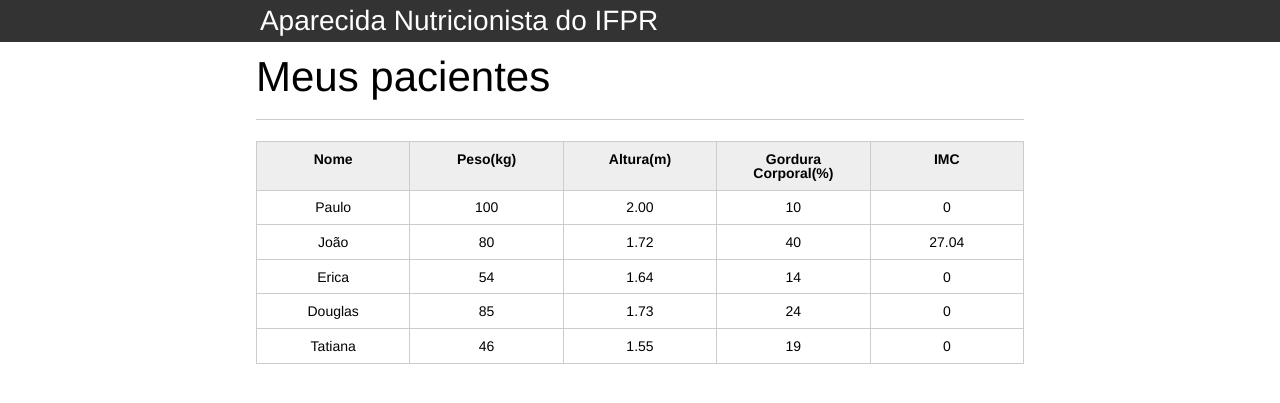
Repository: prof-fernando-alves/introducao-javascript
Page: index.html
These files come from the project's save history. The page is drawn as it stood at one moment and after the next save; the edit follows.
The browser window is 1280 px wide. The pictures show the whole page.

Above is the page before, as saved 2021-08-24 15:40:39.

### index.html
<!DOCTYPE html>
<html lang="pt-br">
	<head>
		<meta charset="UTF-8">
		<title>Aparecida Nutrição</title>
		<link rel="icon" href="favicon.ico" type="image/x-icon">
		<link rel="stylesheet" type="text/css" href="css/reset.css">
		<link rel="stylesheet" type="text/css" href="css/index.css">

	</head>
	<body>

		<header>
			<div class="container">
				<h1 class="titulo">Aparecida Nutrição</h1>
			</div>
		</header>
		<main>
			<section class="container">
				<h2>Meus pacientes</h2>
				<table>
					<thead>
						<tr>
							<th>Nome</th>
							<th>Peso(kg)</th>
							<th>Altura(m)</th>
							<th>Gordura Corporal(%)</th>
							<th>IMC</th>
						</tr>
					</thead>
					<tbody id="tabela-pacientes">
						<tr class="paciente" id="primeiro-paciente">
							<td class="info-nome">Paulo</td>
							<td class="info-peso">100</td>
							<td class="info-altura">2.00</td>
							<td class="info-gordura">10</td>
							<td class="info-imc">0</td>
						</tr>

						<tr class="paciente" id="segundo-paciente" >
							<td class="info-nome">João</td>
							<td class="info-peso">80</td>
							<td class="info-altura">1.72</td>
							<td class="info-gordura">40</td>
							<td class="info-imc">0</td>
						</tr>

						<tr class="paciente" >
							<td class="info-nome">Erica</td>
							<td class="info-peso">54</td>
							<td class="info-altura">1.64</td>
							<td class="info-gordura">14</td>
							<td class="info-imc">0</td>
						</tr>

						<tr class="paciente">
							<td class="info-nome">Douglas</td>
							<td class="info-peso">85</td>
							<td class="info-altura">1.73</td>
							<td class="info-gordura">24</td>
							<td class="info-imc">0</td>
						</tr>
						<tr class="paciente" >
							<td class="info-nome">Tatiana</td>
							<td class="info-peso">46</td>
							<td class="info-altura">1.55</td>
							<td class="info-gordura">19</td>
							<td class="info-imc">0</td>
						</tr>
					</tbody>
				</table>

			</section>
		</main>
		<script>
			var titulo = document.querySelector(".titulo");
			titulo.textContent = "Aparecida Nutricionista do IFPR";

			var paciente = document.querySelector("#segundo-paciente")
			console.log(paciente)

			var tdpeso = paciente.querySelector(".info-peso")
			var peso = tdpeso.textContent

			var tdAltura = paciente.querySelector(".info-altura");
			var altura = tdAltura.textContent;

			var imc = peso / (altura * altura)
			console.log(imc)

			let tdimc = paciente.querySelector(".info-imc")
				tdimc.textContent = imc.toFixed(2)
			const pi = 3.1415
		</script>
	</body>
</html>

### css/index.css
*{
	box-sizing: border-box;
 }

body{
	font-family: "Helvetica Neue", "Helvetica", Helvetica, Arial, sans-serif;
	font-size: 14px;
}

header{
	background-color: #333;
	height: 3em;
	color: #FFF;
	margin-bottom: 1em;
}

header h1{
	font-size: 2em;
	display:inline-block;
	vertical-align:	middle;
}
header h2{
	font-size: 2em;
	display:inline-block;
	vertical-align:	middle;
}

header .container:before{
	content: '';
	display:inline-block;
	height: 100%;
	vertical-align:	middle;
}

.container{
	width: 60%;
	height: 100%;
	margin: 0 auto;
}

section{
	margin: 2em 0;
	overflow: hidden;
}

section h2{
	font-size: 3em;
	display: block;
	padding-bottom: .5em;
	border-bottom: 1px solid #ccc;
	margin-bottom: .5em;
}

table{
	width: 100%;
	margin-bottom : .5em;
    table-layout: fixed;

}

td, th {
	padding: .7em;
	margin: 0;
	border: 1px solid #ccc;
	text-align: center;
}

th{
	font-weight: bold;
	background-color: #EEE;
}

label{
	color: #555;
	display: block;
	margin-bottom: .2em;
}

.campo{
	margin: 0;
	padding-bottom: 1em;
	width: 100%;
	border: 1px solid #ccc;
	padding: .7em;
	width: 100%;
}

.campo-medio{
	display: inline-block;
	padding-right: .5em;
}

.grupo{
	width: 32%;
	display: inline-block;
	padding: 10px 0px;
}

button{
	padding: .5em 2em;
	border: 0;
	border-bottom: 3px solid;
	font-size: 1.2em;
	cursor: pointer;
	margin: 0;
	margin-top: -3px;
	color: #fff;
	background-color:#0c8cd3;
	border-color: #04324c;
	width: 20%;
    display: block;
    clear: both;
    margin: 10px 0px;

}

button:active{
	margin-top:0px;
	border: 0;
}

button[disabled=disabled], button:disabled {
    background-color: gray;
	border-color: darkgray;

}

.adicionar-paciente{
    margin-top: 30px;
}

.campo-invalido{
	border: 1px solid red;
}

### js/principal.js
var titulo = document.querySelector(".titulo");
titulo.textContent = "Aparecida Nutricionista";

var paciente = document.querySelector("#primeiro-paciente");

var tdPeso = paciente.querySelector(".info-peso");
var peso = tdPeso.textContent;

var tdAltura = paciente.querySelector(".info-altura");
var altura = tdAltura.textContent;

var tdImc = paciente.querySelector(".info-imc");

var pesoEhValido = true;
var alturaEhValida = true;

if (peso <= 0 || peso >= 1000) {
    console.log("Peso inválido!");
    pesoEhValido = false;
    tdImc.textContent = "Peso inválido";
}

if (altura <= 0 || altura >= 3.00) {
    console.log("Altura inválida!");
    alturaEhValida = false;
    tdImc.textContent = "Altura inválida";
}

if (pesoEhValido && alturaEhValida) {
    var imc = peso / (altura * altura);
    tdImc.textContent = imc;
}

Loaded but not shown: css/reset.css (common file)

After the next save:
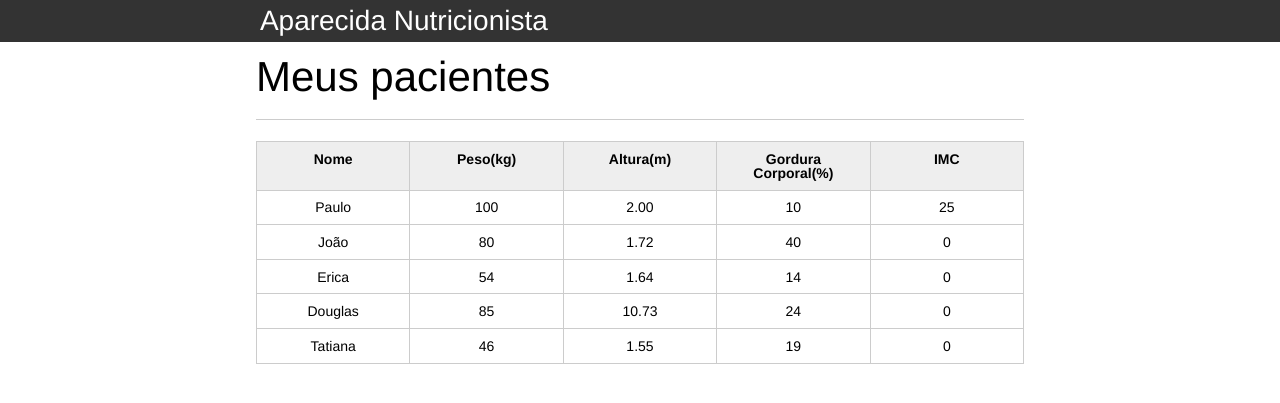
Saved 20 days later.
--- a/index.html
+++ b/index.html
@@ -12,7 +12,7 @@
 
 		<header>
 			<div class="container">
-				<h1 class="titulo">Aparecida Nutrição</h1>
+				<h2 class="titulo">Aparecida Nutrição</h2>
 			</div>
 		</header>
 		<main>
@@ -37,7 +37,7 @@
 							<td class="info-imc">0</td>
 						</tr>
 
-						<tr class="paciente" id="segundo-paciente" >
+						<tr class="paciente" >
 							<td class="info-nome">João</td>
 							<td class="info-peso">80</td>
 							<td class="info-altura">1.72</td>
@@ -56,7 +56,7 @@
 						<tr class="paciente">
 							<td class="info-nome">Douglas</td>
 							<td class="info-peso">85</td>
-							<td class="info-altura">1.73</td>
+							<td class="info-altura">10.73</td>
 							<td class="info-gordura">24</td>
 							<td class="info-imc">0</td>
 						</tr>
@@ -72,25 +72,8 @@
 
 			</section>
 		</main>
-		<script>
-			var titulo = document.querySelector(".titulo");
-			titulo.textContent = "Aparecida Nutricionista do IFPR";
 
-			var paciente = document.querySelector("#segundo-paciente")
-			console.log(paciente)
+		<script src="js/principal.js" ></script>
 
-			var tdpeso = paciente.querySelector(".info-peso")
-			var peso = tdpeso.textContent
-
-			var tdAltura = paciente.querySelector(".info-altura");
-			var altura = tdAltura.textContent;
-
-			var imc = peso / (altura * altura)
-			console.log(imc)
-
-			let tdimc = paciente.querySelector(".info-imc")
-				tdimc.textContent = imc.toFixed(2)
-			const pi = 3.1415
-		</script>
 	</body>
 </html>
